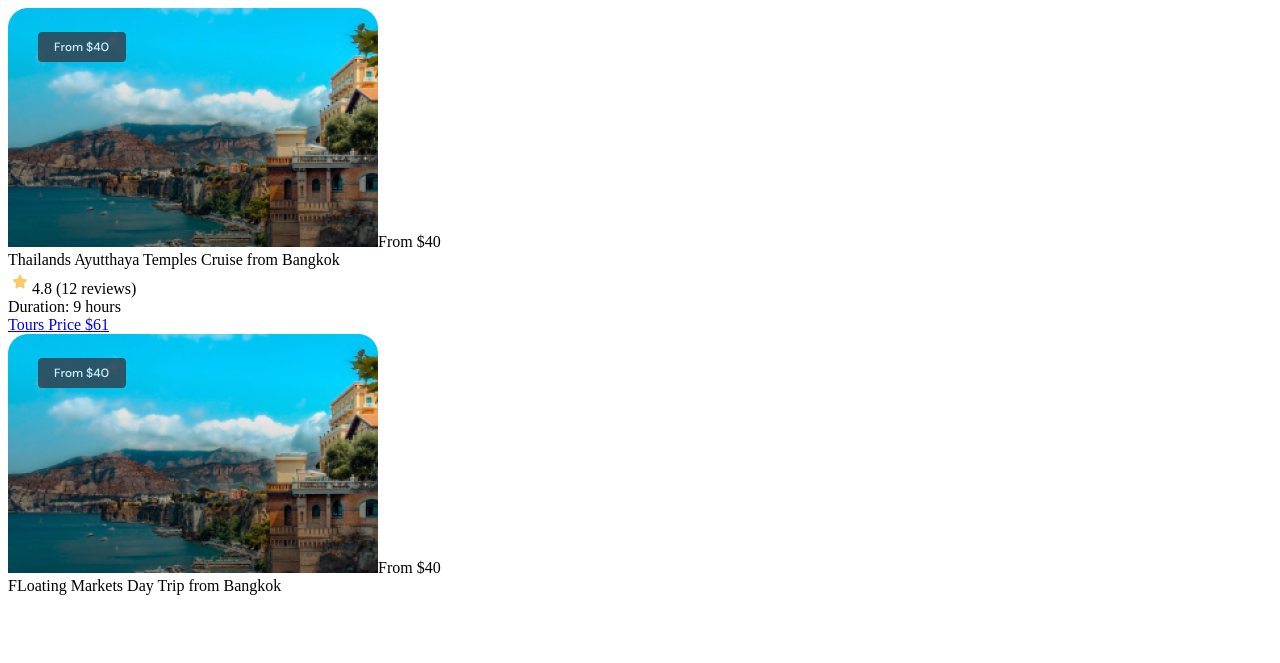
Repository: nguyentuankiet-k61/K_IT-demo
Page: index.html
An editor plug-in stored every save of this project. The page is shown before and after the next save, followed by the edit.
The browser window is 1280 px wide. The pictures show the whole page.

Above is the page before, as saved 2022-09-23 17:50:31.

### index.html
<!DOCTYPE html>
<html lang="en">
<head>
    <meta charset="UTF-8">
    <meta http-equiv="X-UA-Compatible" content="IE=edge">
    <meta name="viewport" content="width=device-width, initial-scale=1.0">
    <title>HTML CSS Master</title>
    <link rel="stylesheet" href="./CSS/app.css">
</head>
<body>
 <div class="">
    <div class="Tours">
        <div class="Tours_top">
            <img src="./image/img1.png" alt="this_is_image"/>From $40
        </div>
        <div class="Tours_content">

            <div class="Tours_titlle">Thailands Ayutthaya Temples
                Cruise from Bangkok</div>

            <div class="Tours_ratting">
                <div class="Tours_review">
                    <div class="Tours_review_count">
                        <img src="./image/img-star.png" alt="tours-ratting"/>4.8 (12 reviews)
                    </div>
                    <div class="Tours_Duration">Duration: 9 hours</div>
                </div>
            </div>
            <a href="https://www.facebook.com/kutooo" target="noopener noreferrer" class="Tours-botton">Tours Price $61</a></br>
        <div class="Tours_top">
            <img src="./image/img1.png" alt="this_is_image"/>From $40
        </div>
        <div class="Tours_content">
            <div class="Tours_titlle">
                FLoating Markets Day Trip from
Bangkok
            </div>
            <div class="Tours_ratting"></div>
            <div class="Tours_botton"></div>
        </div>
        </div>
    </div>
 </div>
</body>
</html>

Loaded but not shown: CSS/app.css (no stored copy; drawn as an empty file)

After the next save:
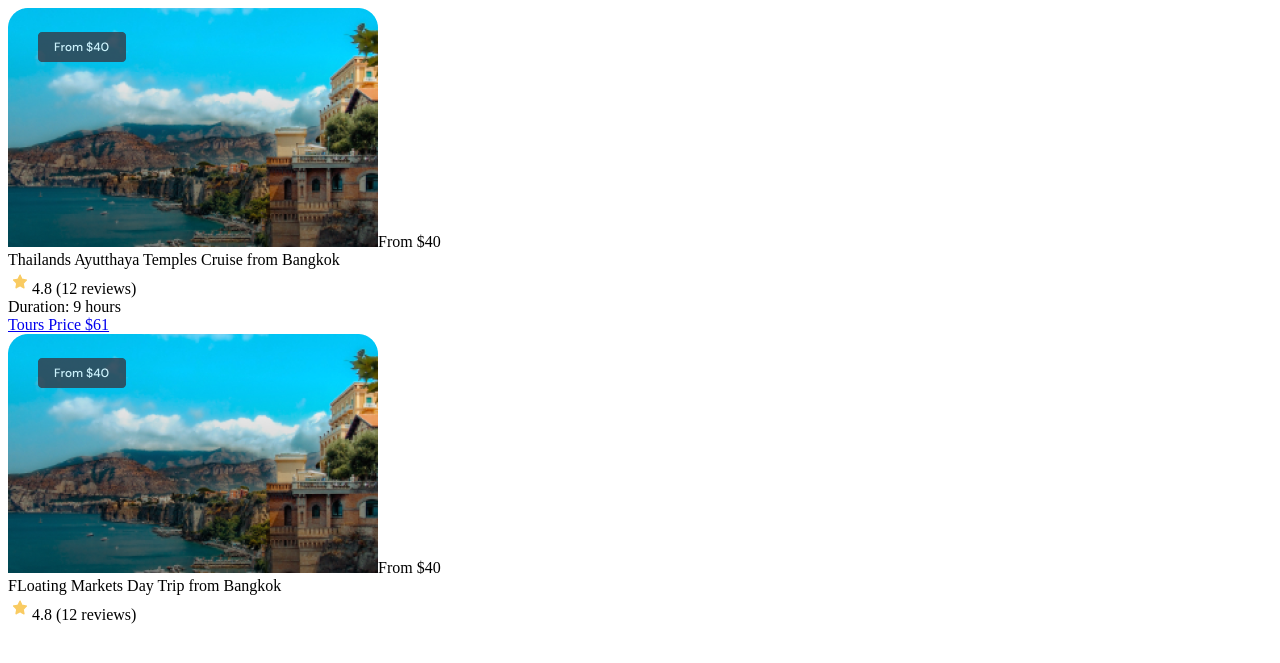
Saved 118 s later.
--- a/index.html
+++ b/index.html
@@ -35,7 +35,12 @@
                 FLoating Markets Day Trip from
 Bangkok
             </div>
-            <div class="Tours_ratting"></div>
+            <div class="Tours_ratting">
+                <div class="Tours_review_count">
+                    <img src="./image/img-star.png" alt="tours-ratting"/>4.8 (12 reviews)
+
+                </div>
+            </div>
             <div class="Tours_botton"></div>
         </div>
         </div>
